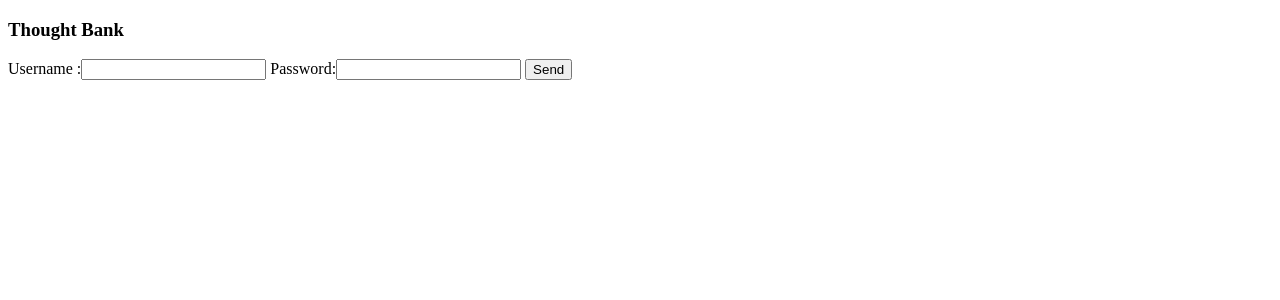
Repository: mxd369/webprogramming2
Page: ThoughtsBank/WebContent/WEB-INF/index.html
These files come from the project's save history. The page is drawn as it stood at one moment and after the next save; the edit follows.
The browser window is 1280 px wide. The pictures show the whole page.

Above is the page before, as saved 2017-02-09 15:31:27.

### ThoughtsBank/WebContent/WEB-INF/index.html
<!DOCTYPE html>
<html>
<head>
<meta charset="UTF-8">
<title>Home Page</title>
</head>
<body>
	<h3>Thought Bank</h3>
	<form action="HelloServlet" method="get">
		Username :<input type="text" name="fname" />
		Password:<input type="text" name="lname" />
		<input type="submit" value="Send" />
	</form>
</body>

</html>

After the next save:
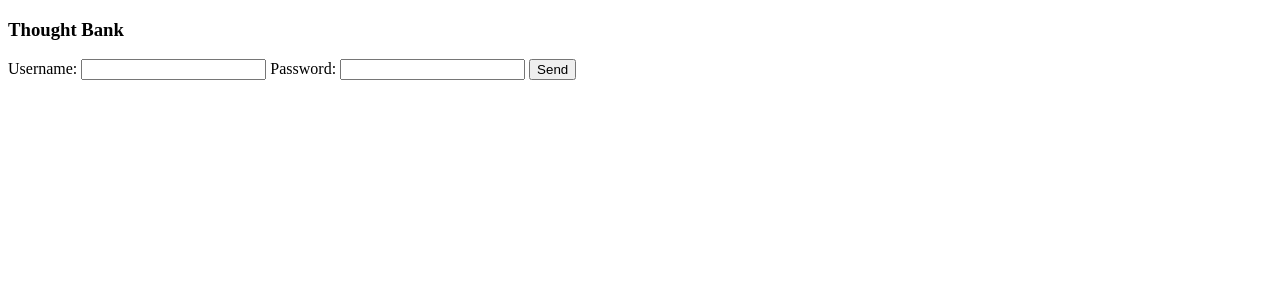
Saved 74 s later.
--- a/ThoughtsBank/WebContent/WEB-INF/index.html
+++ b/ThoughtsBank/WebContent/WEB-INF/index.html
@@ -7,8 +7,8 @@
 <body>
 	<h3>Thought Bank</h3>
 	<form action="HelloServlet" method="get">
-		Username :<input type="text" name="fname" />
-		Password:<input type="text" name="lname" />
+		Username: <input type="text" name="fname" />
+		Password: <input type="text" name="lname" />
 		<input type="submit" value="Send" />
 	</form>
 </body>
